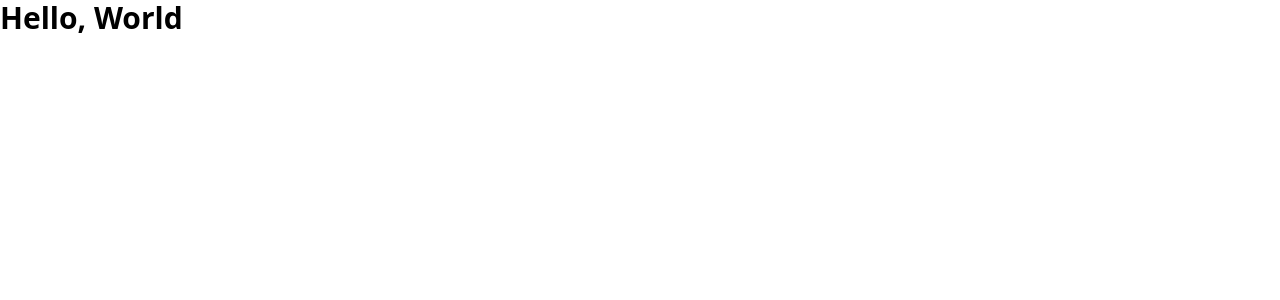
Repository: sundeeep/st33
Page: Servlet-JSP/BankingApp/src/main/webapp/index.html
These files come from the project's save history. The page is drawn as it stood at one moment and after the next save; the edit follows.
The browser window is 1280 px wide. The pictures show the whole page.
Some web libraries are served in a nearby version.

Above is the page before, as saved 2024-06-05 11:18:53.

After the next save:
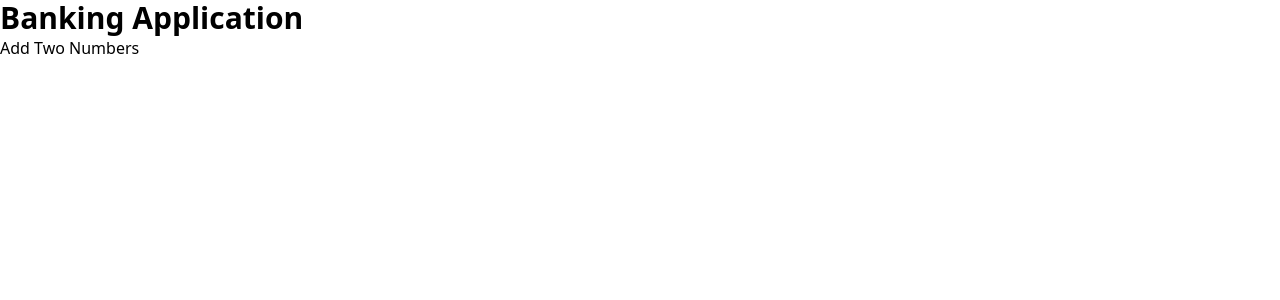
Saved 55 s later.
--- a/Servlet-JSP/BankingApp/src/main/webapp/index.html
+++ b/Servlet-JSP/BankingApp/src/main/webapp/index.html
@@ -19,6 +19,7 @@
 	<title>Banking Application</title>
 </head>
 <body>
-	<h1 class="text-3xl font-bold">Hello, World</h1>
+	<h1 class="text-3xl font-bold">Banking Application</h1>
+	<a href="/additionForm.html">Add Two Numbers</a>
 </body>
 </html>
